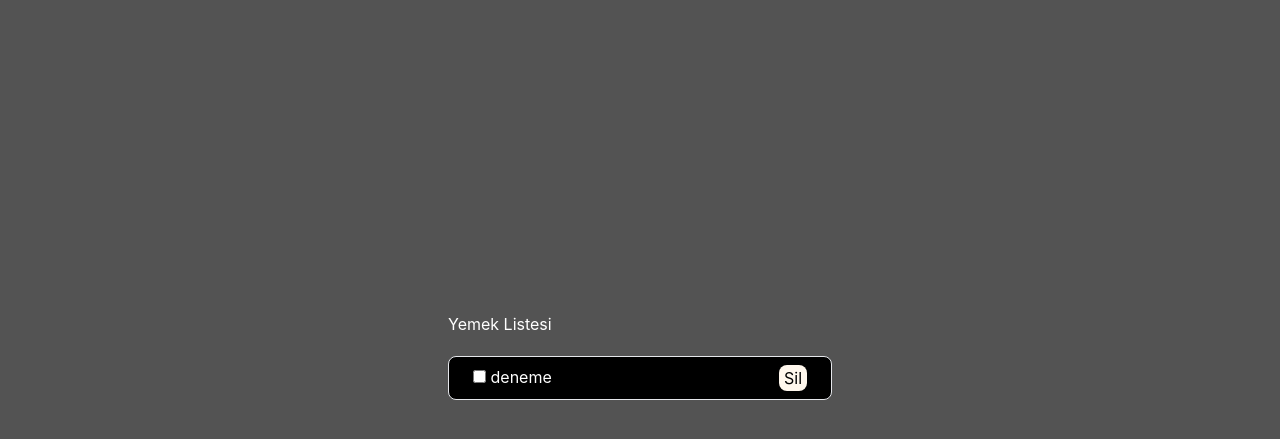
Repository: muratyildiz63/Composition-API-Nedir-todo-list
Page: /
The author's editor kept a copy of each file at every save. The page is drawn from the files as they stood at one save, then again after the next save.
The browser window is 1280 px wide. The pictures show the whole page.
The project was rebuilt for these pictures with package versions that can differ from the ones it lists, and the page was loaded fresh each time. Also part of the build but not shown: vite.config.js.

Above is the page before, as saved 2022-08-15 18:57:30.

After the next save:
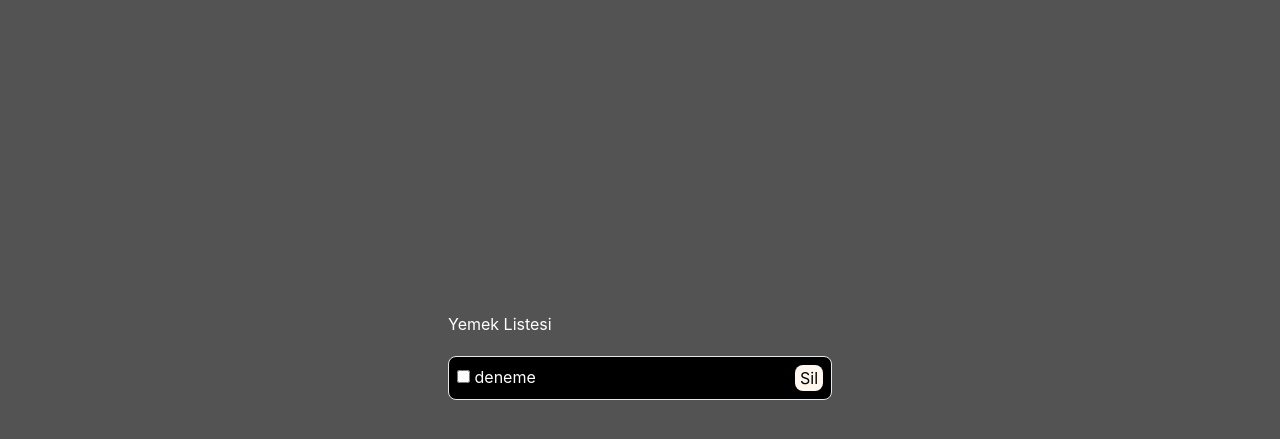
Saved 13 s later.
--- a/src/App.vue
+++ b/src/App.vue
@@ -11,7 +11,7 @@
             flex
             justify-between
             mb-2
-            px-6
+            px-2
             py-2
             border border-gray-200
             w-full
